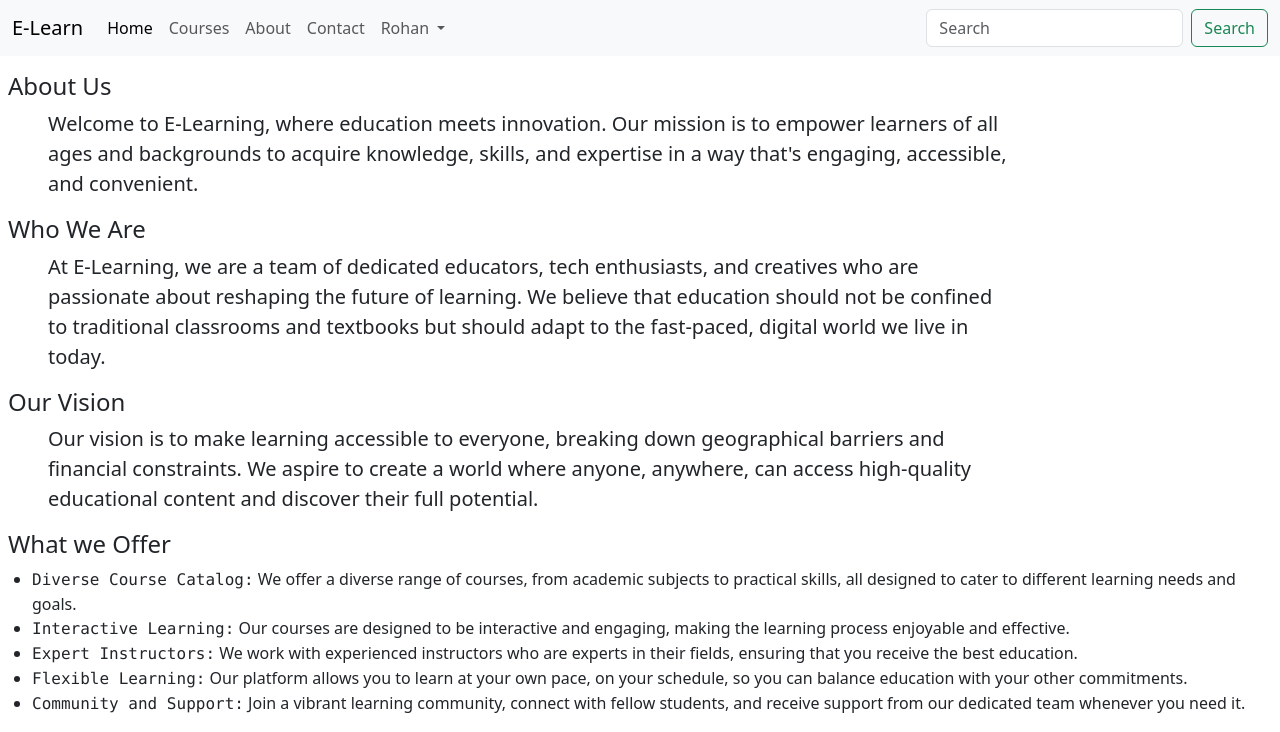
Repository: syni18/bootstrap_elarn
Page: About.html
The author's editor kept a copy of each file at every save. The page is drawn from the files as they stood at one save, then again after a run of saves.
The browser window is 1280 px wide. The pictures show the whole page.

Above is the page before, as saved 2023-10-25 23:21:55.

After the next 2 saves:
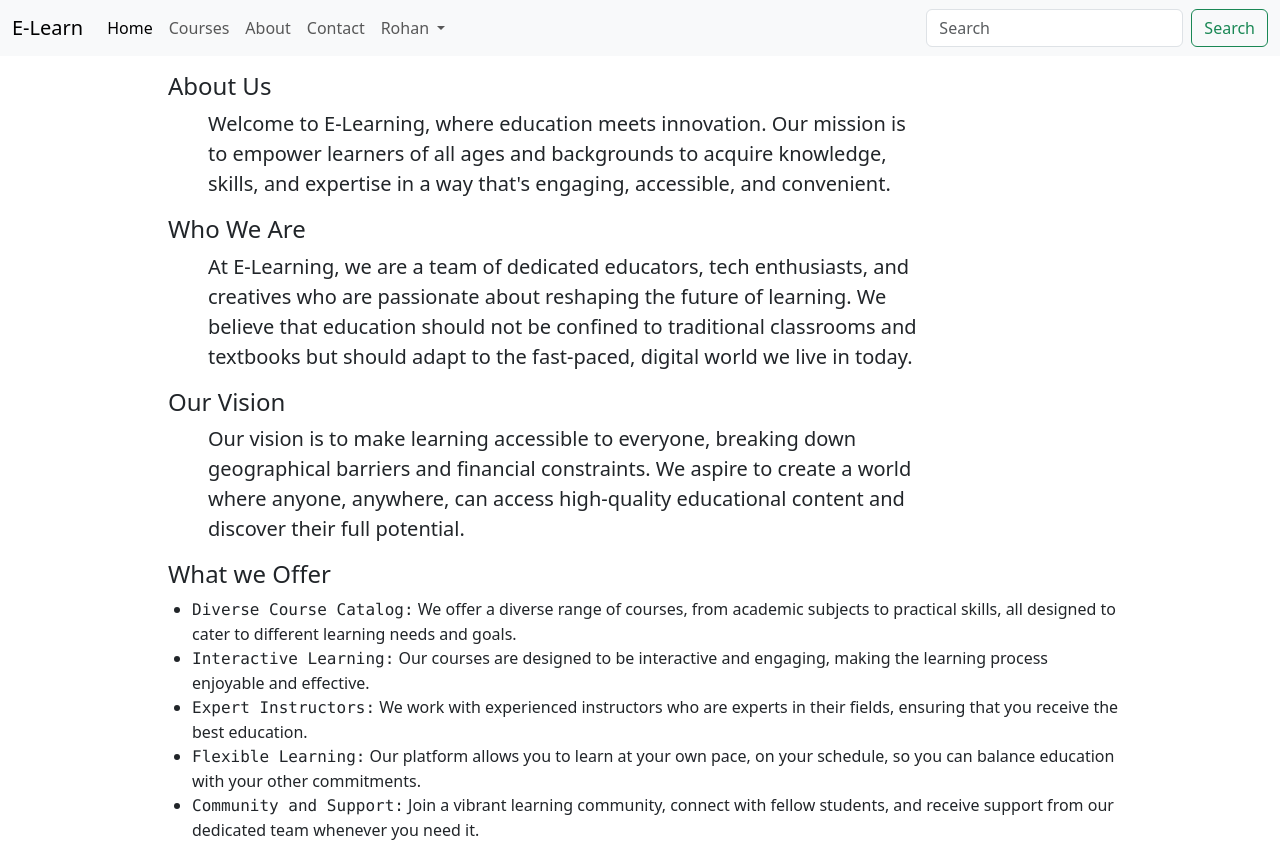
The 2 saves are shown as one change because they came seconds apart.
The last was saved 9 s later.
--- a/About.html
+++ b/About.html
@@ -46,7 +46,7 @@
     </div>
   </div>
 </nav>
-<div class="m-auto">
+<div class="m-auto w-75">
     <div class="mt-3">
     <h6 class="fs-4 ms-2 ">About Us</h6>
     <p class="w-75 ms-5 lead">Welcome to E-Learning, where education meets innovation. Our mission is to empower learners of all ages and backgrounds to acquire knowledge, skills, and expertise in a way that's engaging, accessible, and convenient.</p>
